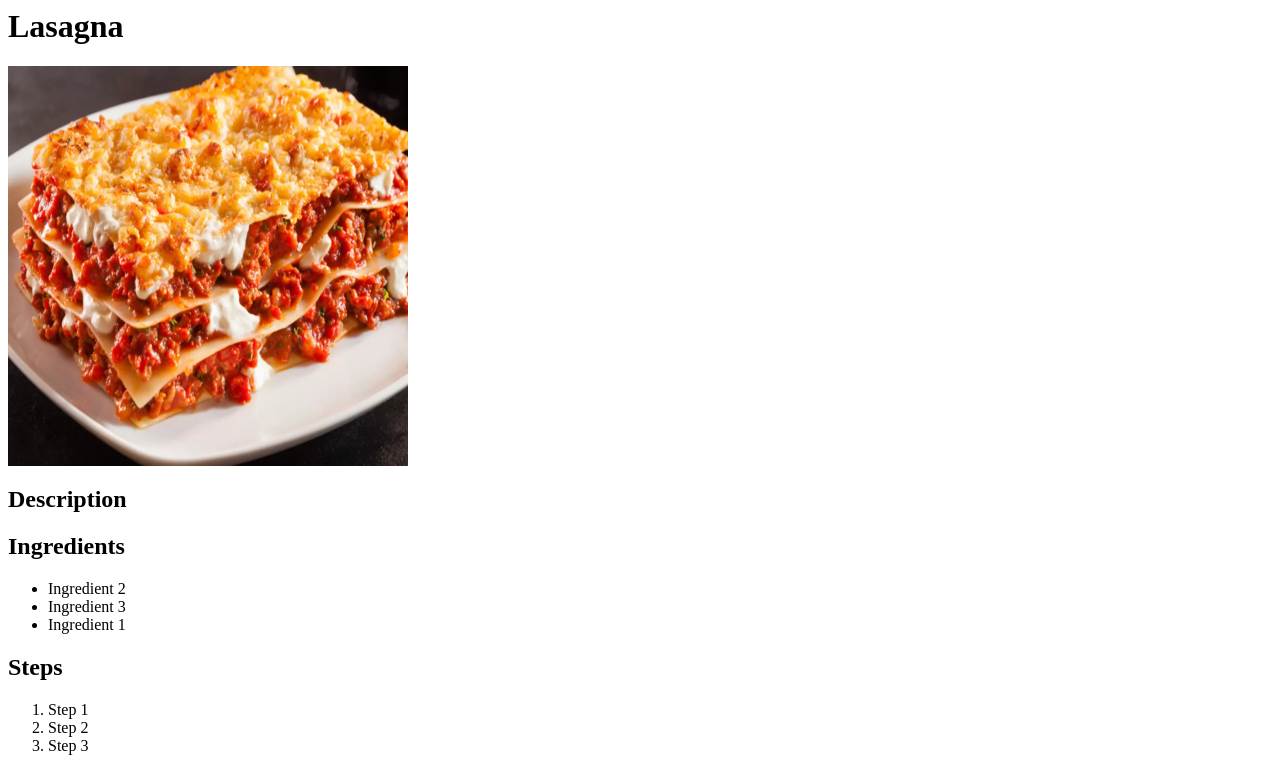
Repository: Pafestivo/odin-recipes
Page: recipes/lasagna.html
An editor plug-in stored every save of this project. The page is shown before and after the next save, followed by the edit.
The browser window is 1280 px wide. The pictures show the whole page.

Above is the page before, as saved 2022-09-24 12:41:47.

After the next save:
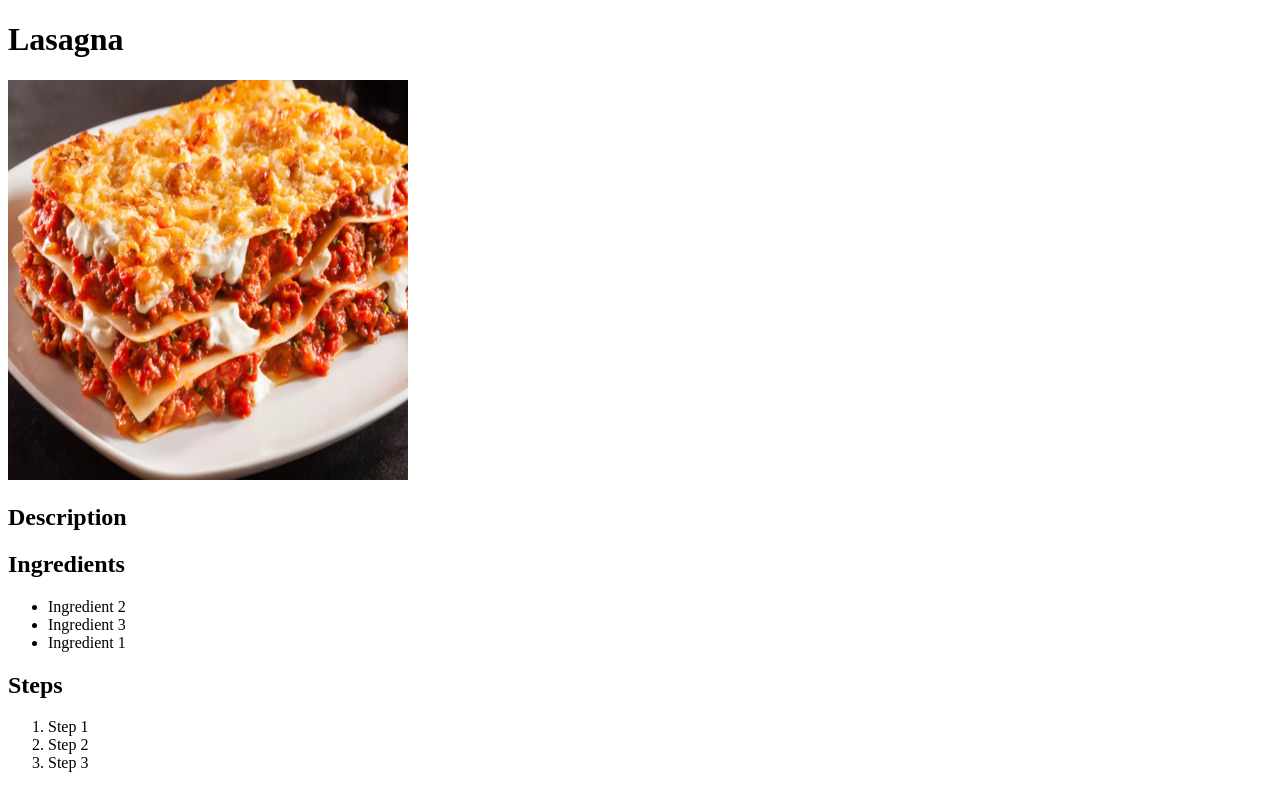
Saved 11 s later.
--- a/recipes/lasagna.html
+++ b/recipes/lasagna.html
@@ -1,22 +1,32 @@
-<h1>Lasagna</h1>
-<img
-src="../images/lasagna.jpg"
-alt="An image of lasagna"
-width="400"
-height="400"
-/>
-<h2>Description</h2>
+<!DOCTYPE html>
+<html lang="en">
+<head>
+    <meta charset="UTF-8">
+    <meta name="viewport" content="width=device-width, initial-scale=1.0">
+    <title>Lasagna</title>
+</head>
+<body>
+    <h1>Lasagna</h1>
+    <img
+    src="../images/lasagna.jpg"
+    alt="An image of lasagna"
+    width="400"
+    height="400"
+    />
+    <h2>Description</h2>
 
-<h2>Ingredients</h2>
-<ul>
-<li>Ingredient 2</li>
-<li>Ingredient 3</li>
-<li>Ingredient 1</li>
-</ul>
+    <h2>Ingredients</h2>
+    <ul>
+    <li>Ingredient 2</li>
+    <li>Ingredient 3</li>
+    <li>Ingredient 1</li>
+    </ul>
 
-<h2>Steps</h2>
-<ol>
-<li>Step 1</li>
-<li>Step 2</li>
-<li>Step 3</li>
-</ol>
+    <h2>Steps</h2>
+    <ol>
+    <li>Step 1</li>
+    <li>Step 2</li>
+    <li>Step 3</li>
+    </ol>
+</body>
+</html>
